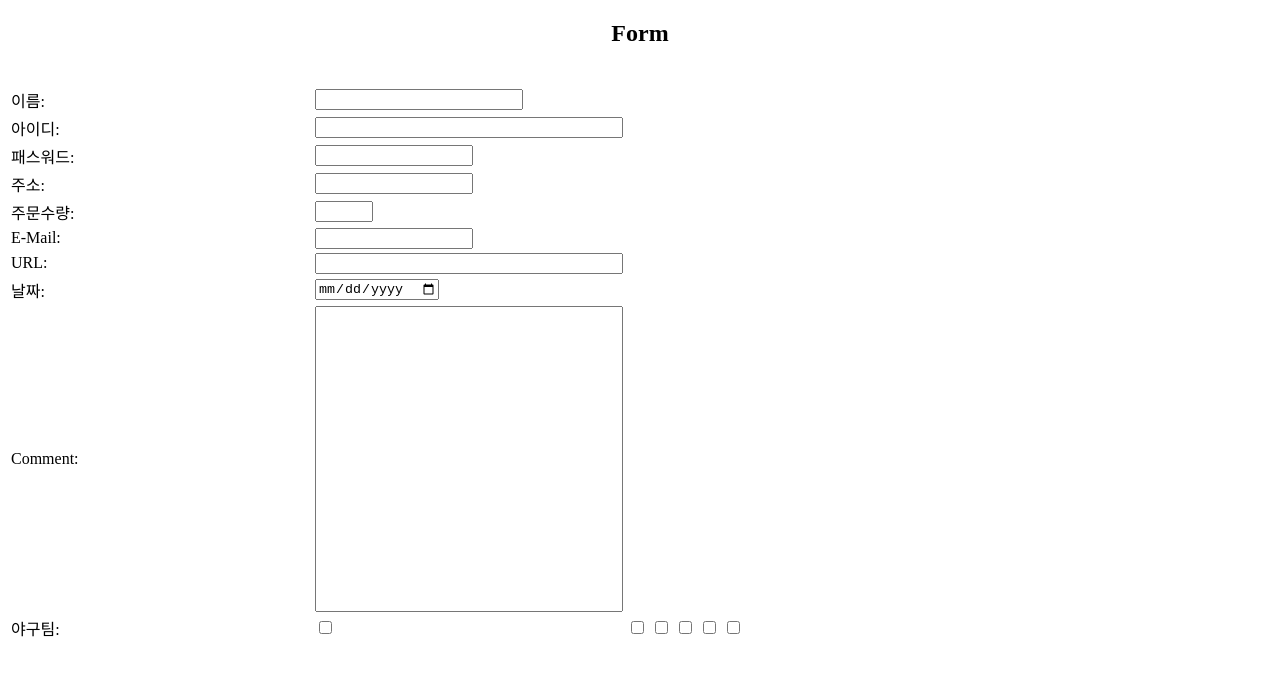
Repository: gyujin91/JSP
Page: web01/src/main/webapp/form.html
These files come from the project's save history. The page is drawn as it stood at one moment and after the next save; the edit follows.
The browser window is 1280 px wide. The pictures show the whole page.

Above is the page before, as saved 2022-04-22 05:37:46.

After the next save:
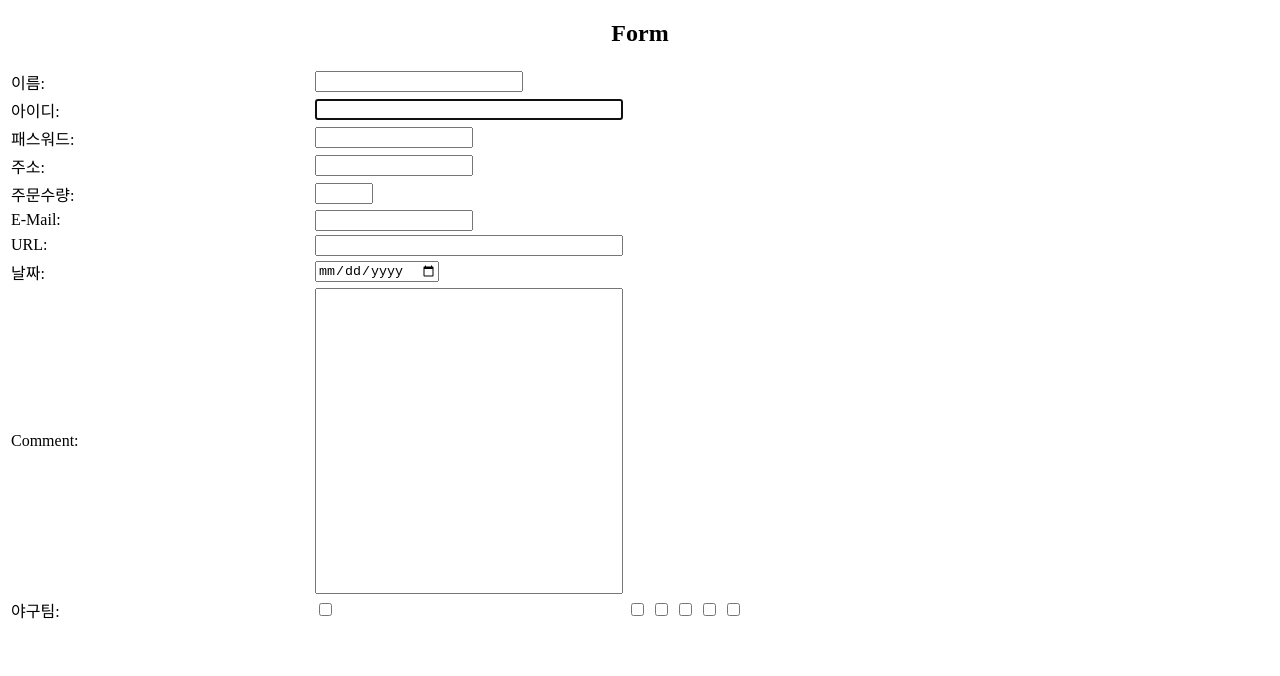
Saved 5 min 2 s later.
--- a/web01/src/main/webapp/form.html
+++ b/web01/src/main/webapp/form.html
@@ -28,7 +28,7 @@
             </tr>
             <tr>
             	<td class="td1">아이디:
-            	<td><input type="text" name="uid"  class="input2"></td>
+            	<td><input type="text" name="uid"  class="input2" autofocus="autofocus"></td>
             </tr>
             <tr>
             	<td class="td1">패스워드:
@@ -60,7 +60,7 @@
             </tr>
             <tr>
             	<td class="td1">야구팀:
-            	<td><lable><input type="checkbox" name="check" value="두산" class="input9"></lable></td><br>
+            	<td><lable><input type="checkbox" name="check" value="두산" class="input9"></lable></td>
             	<td><lable><input type="checkbox" name="check" value="NC" class="input9"></lable></td>
             	<td><lable><input type="checkbox" name="check" value="LG" class="input9"></lable></td>
             	<td><lable><input type="checkbox" name="check" value="SK" class="input9"></lable></td>
